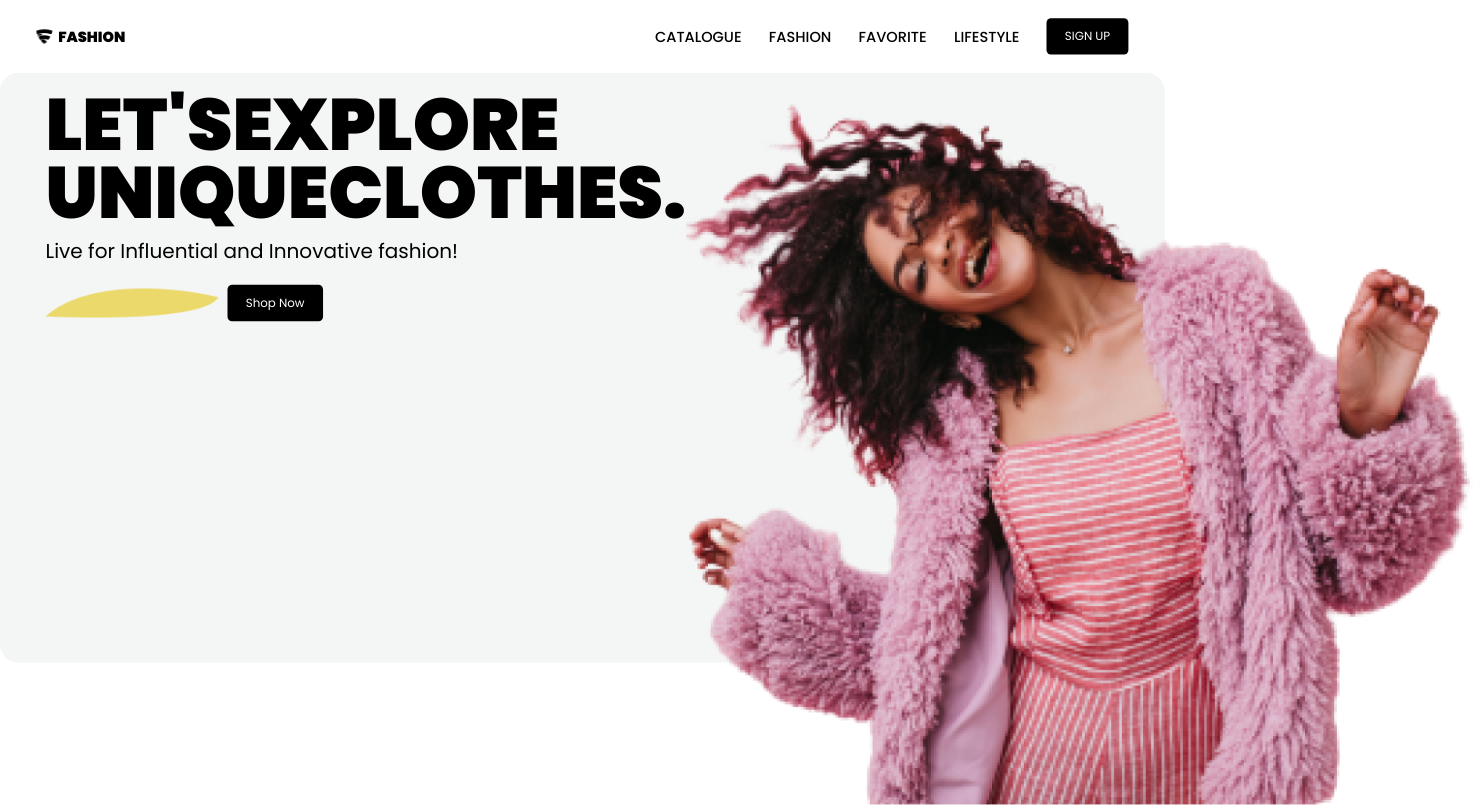
Repository: isaacCodes1/FashionSite
Page: index.html
These files come from the project's save history. The page is drawn as it stood at one moment and after a run of saves; the edit follows.
The browser window is 1280 px wide. The page is 1625 px wide, so the pictures cover 1625 px, including what lies to the right of the window. The pictures show the whole page, at 91% of full size.

Above is the page before, as saved 2024-03-11 16:34:30.

### index.html
<!DOCTYPE html>
<html lang="en">
  <head>
    <meta charset="UTF-8" />
    <meta name="viewport" content="width=device-width, initial-scale=1.0" />
    <title>Shopping Site Assignment</title>
    <link rel="stylesheet" href="style.css">
  </head>
  <body>
    <header>
      <nav>
        <div class="image">
          <a href="#"><img src="/Assets/Vector.png" />FASHION</a>
        </div>
        <div class="navItems">
          <ul>
            <li><a href="#">CATALOGUE</a></li>
            <li><a href="#">FASHION</a></li>
            <li><a href="#">FAVORITE</a></li>
            <li><a href="#">LIFESTYLE</a></li>
          </ul>
          <button>SIGN UP</button>
        </div>
      </nav>
    </header>
    <main>
      <section class="firstPageCont">
        <div class="FirstPage">
          <div class="txtCont">
            <h1>
              <span class="spn1">LET'S</span>EXPLORE
              <span class="spn2">UNIQUE</span>CLOTHES.
            </h1>
            <p>Live for Influential and Innovative fashion!</p>
            <div class="txtBtn">
              <img src="/Assets/Vector 9.png" alt="" />
              <button class="btns">Shop Now</button>
            </div>
          </div>
          <div class="imgCont">
            <img src="/Assets/girl.png" alt="" />
          </div>
        </div>
      </section>
    </main>
  </body>
</html>

### style.css
@import url("https://fonts.googleapis.com/css2?family=Poppins:ital,wght@0,100;0,200;0,300;0,400;0,500;0,600;0,700;0,800;0,900;1,100;1,200;1,300;1,400;1,500;1,600;1,700;1,800;1,900&display=swap");
* {
  margin: 0;
  padding: 0;
  box-sizing: border-box;
  font-family: "Poppins", sans-serif;
}
nav {
  display: flex;
  align-items: center;
  justify-content: space-between;
  width: 100%;
  padding: 20px 40px;
}
.image a {
  display: flex;
  align-items: center;
  gap: 6px;
  text-decoration: none;
  color: #000;
  font-size: 16px;
  font-weight: 900;
}
.image a img{
    width: 16%;
}
.navItems{
    display: flex;
    gap: 30px;
    align-items: center;
}
.navItems ul{
    display: flex;
    gap: 30px;
    list-style: none;
}
.navItems ul li a{
    text-decoration: none;
    color: #000;
    font-size: 16px;
    font-weight: 500;
}
.navItems li:hover{
    transform: scale(1.05);
    transition: 1s ease-in-out;
}
.navItems button{
    border: 0;
    background: #000;
    padding: 10px 20px;
    color: #fff;
    border-radius: 5px;
    font-size: 13px;
}
.navItems button:hover{
    transform: scale(1.05);
    transition: 1s ease-in-out;
    color: #000;
    background: rgb(137, 136, 136);
}
/* firstPageCtn */
.FirstPage {
    display: flex;
    flex: 1;
    width: 100%;
    height: 90vh;
    padding: 20px 10px 0px 10px;
    border-radius: 20px;
    background: #f4f6f5;
}
.txtCont {
    display: flex;
    flex: 0.5;
    flex-direction: column;
    gap: 10px;
    padding-left: 40px;
}
.txtCont h1{
    font-size: 80px;
    font-weight: 900;
    width: 50%;
    line-height: 75px;
}
.txtCont p{
    font-size: 22px;
}
.txtBtn{
    display: flex;
    align-items: center;
    width: 80%;
    margin-top: 10px;
    gap: 10px;
}
.btns{
    border: 0;
    background: #000;
    padding: 10px 20px;
    color: #fff;
    border-radius: 5px;
    font-size: 13px;
}
.btns:hover{
    transform: scale(1.05);
    transition: 1s ease-in-out;
    color: #000;
    background: rgb(137, 136, 136);
}

After the next 8 saves:
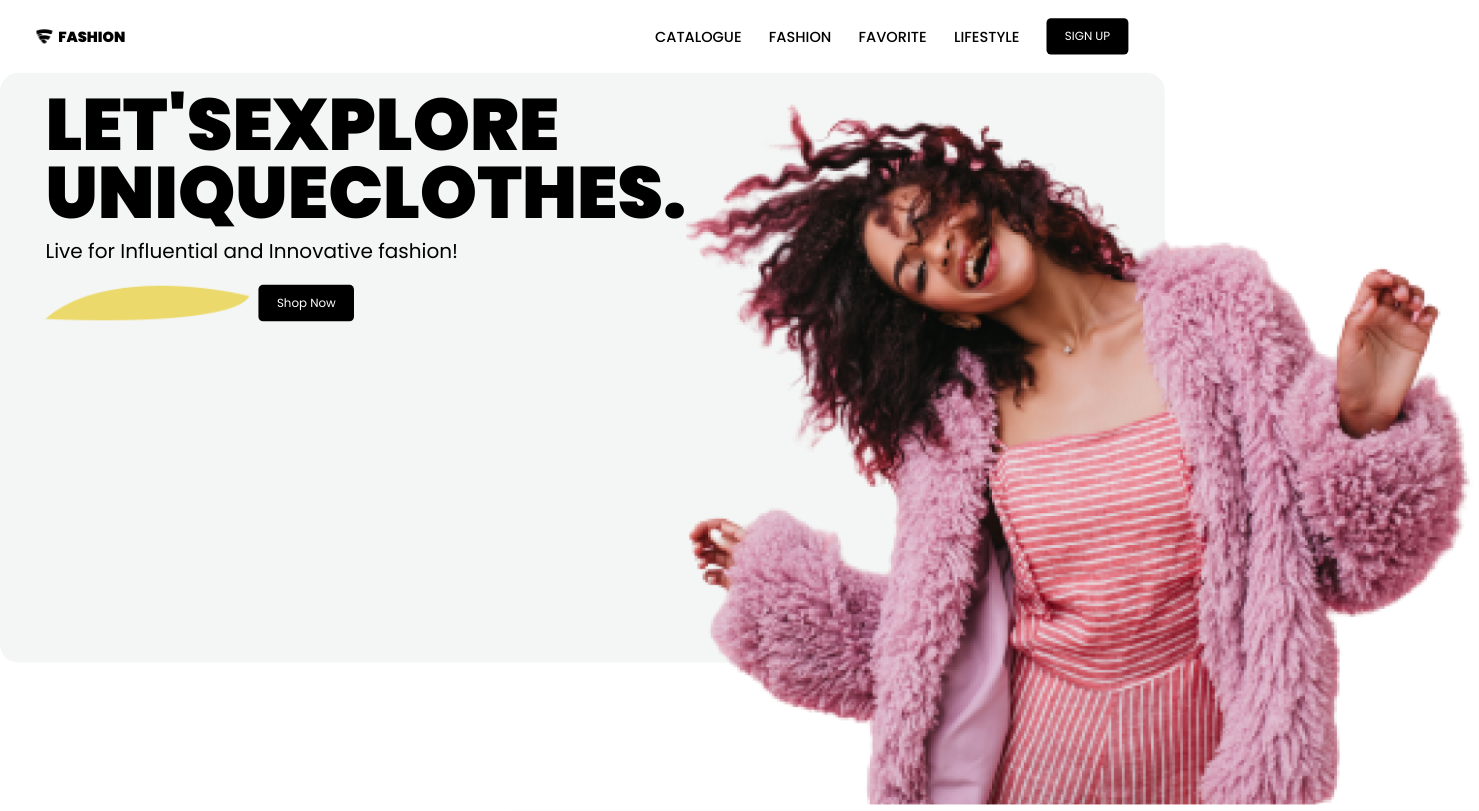
The 8 saves are shown as one change because they came seconds apart.
The last was saved 2 min 37 s later.
--- a/style.css
+++ b/style.css
@@ -105,3 +105,7 @@
     color: #000;
     background: rgb(137, 136, 136);
 }
+.txtBtn img{
+    flex: 0.5;
+
+}
